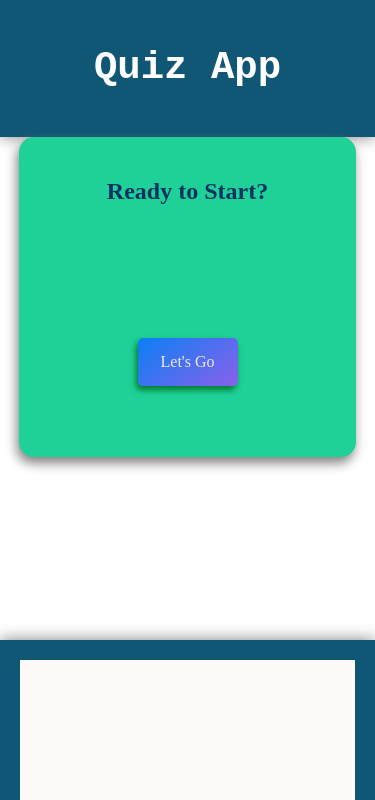
Repository: tpic12/quiz_app
Page: index.html
The author's editor kept a copy of each file at every save. The page is drawn from the files as they stood at one save, then again after the next save.
The browser window is 375 px wide. The pictures show the whole page.

Above is the page before, as saved 2019-12-28 15:29:36.

### index.html
<!DOCTYPE html>
<html lang="en">

<head>
  <meta charset="UTF-8">
  <meta name="viewport" content="width=device-width, initial-scale=1.0">
  <meta http-equiv="X-UA-Compatible" content="ie=edge">
  <title>Quiz App</title>
  <link href="https://cdnjs.cloudflare.com/ajax/libs/normalize/8.0.1/normalize.min.css" rel="stylesheet"
    type="text/css" />
  <link href="app.css" rel="stylesheet" type="text/css" />
</head>

<body>
  <header>
    <section class='banner'>
      <h1>Quiz App</h1>
    </section>
  </header>
  <main class='display'>

  </main>
  <footer>
    <section class='counts'>
        <div class='count 0'></div>
        <div class='count 1'></div>
        <div class='count 2'></div>
        <div class='count 3'></div>
        <div class='count 4'></div>
        <div class='count 5'></div>
        <div class='count 6'></div>
        <div class='count 7'></div>
    </section>
  </footer>
  <script src="https://code.jquery.com/jquery-3.4.1.slim.js" crossorigin="anonymous"></script>
  <script src="app.js"></script>
</body>

</html>

### app.css
/* Your styles should be mobile-first and responsive */

/**
  * If you are unclear on how to utilize a mobile-first, responsive technique to write your CSS, here is an example:
  *
  * https://github.com/andreacardybailey/responsive_example/blob/master/styles/responsive-base.css
  *
*/
* {
  box-sizing: border-box;
  margin: 0 auto;
}

.banner h1 {
  font-family: monospace;
  font-size: 3em;
}

.banner,
footer {
  color: white;
  font-family: monospace;
  padding: 20px;
  width: 100%;
  text-align: center;
  background-color: hsl(198, 76%, 26%);
  box-shadow: 0px 0px 15px grey;
  border-bottom: none;
  left: 0;
}

.main_card {
  display: flex;
  min-width: 40vw;
  min-height: 40vh;
  text-align: center;
  justify-content: center;
  align-content: space-around;
  background-color: hsl(161, 74%, 47%);
  border-radius: 15px;
  padding: 20px;
  border: none;
  box-shadow: -2px 6px 12px grey;
}

button {
  margin: 30%;
  margin-bottom: 10%;
  color: hsl(0, 7%, 92%);
  background: linear-gradient(140deg, hsl(210, 91%, 50%), hsl(258, 78%, 65%));
  border: none;
  max-width: 130px;
  min-width: 100px;
  border-radius: 5px;
  padding: 15px;
  box-shadow: -2px 4px 6px hsl(142, 98%, 24%);
}

.main_card > form#qForm {
  display: flex;
  flex-flow: row nowrap;
  justify-content: center;
  text-align: center;
}
/*
.mid-card {
  display: flex;
  flex-flow: column wrap;
  margin: auto;
  margin-top: 100px;
  max-width: 400px;
  min-width: 200px;
  text-align: center;
  align-items: center;
  background-color: hsl(161, 74%, 47%);
  border-radius: 15px;
  padding: 20px;
  border: none;
  box-shadow: -2px 6px 12px grey;
}
*/
.main_card > h2 {
  justify-self: center;
  font-weight: bolder;
  color: hsl(210, 90%, 20%);
}

input {
  margin: 5px 20px;
}

footer {
  position: fixed;
  bottom: 0;
  left: 0;
  max-height: 20vh;
}

.counts {
  display: flex;
  justify-content: space-evenly;
}

.count {
  border: 2px outset hsl(186, 63%, 55%);
  font-family: 'Gill Sans', 'Gill Sans MT', Calibri, 'Trebuchet MS', sans-serif;
  border-radius: 20%;
  flex-direction: row;
  width: 12vw;
  height: 12vh;
  background-color: hsl(0, 100%, 99%);
  padding: 15px;
  -webkit-border-radius: 20%;
  -moz-border-radius: 20%;
  -ms-border-radius: 20%;
  -o-border-radius: 20%;
}

h1 {
  font-family: sans-serif;
}

.green {
  background-color: green !important;
}

.red {
  background-color: red !important;
}

#snackbar > p {
  visibility: hidden;
  min-width: 15vw;

  color: #fff;
  text-align: center;
  align-content: flex-start;
  padding: 5px;
  position: absolute;
  z-index: 1;
  left: ;
  top: -30px;
}

#snackbar.show {
  visibility: visible;
  /-webkit-animation: fadein 0.5s, fadeout 0.5s 2.5s;
  animation: fadein 0.5s, fadeout 0.5s 2.5s;
}

@media screen and (max-width: 450px) {
  .main_card {
    flex-flow: row wrap;
    max-width: 90vw;
  }

  #qForm {
    font-size: 0.8em;
    flex-flow: column wrap !important;
  }

  #qForm > input {
    display: inline-block !important;
  }

  #qForm > label {
    display: inline-block !important;
  }
  footer {
    height: 40vh;
    overflow: scroll;
  }
  .counts {
    flex-direction: column;
  }

  .count {
    width: 100%;
    height: 25px;
    border: none;
    border-radius: 0;
    -webkit-border-radius: 0;
    -moz-border-radius: 0;
    -ms-border-radius: 0;
    -o-border-radius: 0;
  }
}

### app.js
/**
 * Example store structure
 */
'use strict';

const STORE = {
  // 5 or more questions are required
  questions: [
    {
      question: 'How many items in a bakers dozen??',
      answers: ['11', '12', '13', '3'],
      correctAnswer: '13'
    },
    {
      question: 'What month is Oktoberfest held?',
      answers: ['September', 'October', 'Every Month', 'August'],
      correctAnswer: 'September'
    },
    {
      question: 'What color is an Orange Blossom?',
      answers: ['Red', 'Orange', 'Pink', 'White'],
      correctAnswer: 'White'
    },
    {
      question: 'Where did the Panama Hat originate?',
      answers: ['Ecuador', 'Panama', 'China', 'Cuba'],
      correctAnswer: 'Ecuador'
    },
    {
      question: 'What are toy marbles made from?',
      answers: ['Plastic', 'Quartz', 'Diamond', 'Glass'],
      correctAnswer: 'Glass'
    },
    {
      question: 'How many gallons are in a ten-gallon hat?',
      answers: [
        'Half a Gallon',
        'Ten-Gallons',
        'Three-Fourths of a Gallon',
        'Give-Gallon'
      ],
      correctAnswer: 'Three-Fourths of a Gallon'
    },
    {
      question: 'What is the biggest animal to ever live?',
      answers: ['Mammoth', 'T-Rex', 'Blue Whale', 'Brontosaurus'],
      correctAnswer: 'Blue Whale'
    },
    {
      question: 'Where is the red-bellied woodpecker predominately red?',
      answers: ['Head', 'Wings', 'Feet', 'Belly'],
      correctAnswer: 'Head'
    }
  ],
  questionNumber: 0,
  score: 0,
  quizStart: false
};

/**
 *
 * Your app should include a render() function, that regenerates
 * the view each time the store is updated. See your course
 * material, consult your instructor, and reference the slides
 * for more details.
 *
 * NO additional HTML elements should be added to the index.html file.
 *
 * You may add attributes (classes, ids, etc) to the existing HTML elements, or link stylesheets or additional scripts if necessary
 *
 */

/**
 * This function renders the quiz after you start, ...
 * answer a question, or restart the quiz
 */
function renderStartQuiz() {
  const mainCard = `<section class="main_card">
      <h2>Ready to Start?</h2>
      <button type='submit' id='start_quiz'>Let's Go</button>
    </section>`;

  $('.display').html(mainCard);

  $('.display').on('click', '#start_quiz', function(event) {
    event.preventDefault();
    STORE.quizStart = true;
    $('.main_card')
      .children()
      .remove();
    handleQuiz();
  });
}
/**
 * renders question one at a time depending on question number
 */
function renderQuestion() {
  if (
    STORE.questionNumber === STORE.questions.length &&
    STORE.questionNumber > 1
  ) {
    renderResults();
  } else {
    const qCard = `<h2>${STORE.questions[STORE.questionNumber].question}</h2>
    <form id="qForm">
<div>
        <input type='radio' name='answer' id='q1' value="${
          STORE.questions[STORE.questionNumber].answers[0]
        }"/><label for='q1' id='0'>${
      STORE.questions[STORE.questionNumber].answers[0]
    }</label>
</div>
<div>
        <input type='radio' name='answer' id='q2' value="${
          STORE.questions[STORE.questionNumber].answers[1]
        }"/><label for='q2' id='1'>${
      STORE.questions[STORE.questionNumber].answers[1]
    }</label></div>

    <br><div>
        <input type='radio' name='answer' id='q3' value="${
          STORE.questions[STORE.questionNumber].answers[2]
        }"/><label for='q3' id='2'>${
      STORE.questions[STORE.questionNumber].answers[2]
    }</label>
</div><div>
        <input type='radio' name='answer' id='q4' value="${
          STORE.questions[STORE.questionNumber].answers[3]
        }"/><label for='q4' id='3'>${
      STORE.questions[STORE.questionNumber].answers[3]
    }</label></div><br>
    <form>
    <button type='submit' id='submit_answer'>Final Answer</button>`;

    $('.main_card').html(qCard);
    $('input:checked').on('su');
    $('.main_card').on('click', '#submit_answer', function(event) {
      event.preventDefault();
      checkAnswer();
      //original next question spot

      $('.main_card')
        .children()
        .remove();

      handleQuiz();
    });
  }
}
/**
 * renders results page

 */

function generateResults(finalScore, numberOfQuestions) {
  return `<h2>You scored ${finalScore} out of ${numberOfQuestions}!</h2><button id='restart'>Restart Quiz</button>`;
}

/* Render results element with button that restarts the quiz*/
function renderResults() {
  let score = STORE.score;
  let num = STORE.questionNumber;

  $('.main_card').html(generateResults(score, num));
  $('#restart').click(function(event) {
    event.preventDefault();
    console.log('Restarting Quiz');

    STORE.questionNumber = 0;
    STORE.score = 0;
    $('.count')
      .removeClass('snackbar')
      .removeClass('red')
      .removeClass('green')
      .removeClass('show')
      .text('');
    renderStartQuiz();
  });
}

/**
 * this function checks the correctnes of the answer
 */
function checkAnswer() {
  let form = document.getElementById('qForm');
  let ans = form['answer'];
  for (let i = 0; i < ans.length; i++) {
    //is a button checked
    if (ans[i].checked) {
      //compare value of ans[i] to correct answer
      if (
        ans[i].value === STORE.questions[STORE.questionNumber].correctAnswer
      ) {
        scoreKeeper(true);
      } else {
        scoreKeeper(false);
      }
    }
  }
}

function generateAnswerSnackbar(questionAnswer) {
  return `<div class=.${STORE.questionNumber}>
              <p>Sorry, the correct answer is ${questionAnswer}</p>
          </div>`;
}

function scoreKeeper(bool) {
  if (bool === true) {
    console.log('plus 1 point');
    STORE.score++;
    $(`.${STORE.questionNumber}`)
      .addClass('green')
      .addClass('snackbar')
      .html(`<p>Correct!</p>`);
    $('section.main_card');
    console.log('next q!');
    STORE.questionNumber++;
  }
  if (bool === false) {
    console.log('no points for you');
    $(`.${STORE.questionNumber}`)
      .addClass('red')
      .addClass('snackbar')
      .html(
        generateAnswerSnackbar(
          STORE.questions[STORE.questionNumber].correctAnswer
        )
      );
    console.log('next q!');
    STORE.questionNumber++;
  }
}

function handleQuiz() {
  if (STORE.quizStart === false) {
    renderStartQuiz();
  } else {
    renderQuestion();
  }
}

$(handleQuiz);

After the next save:
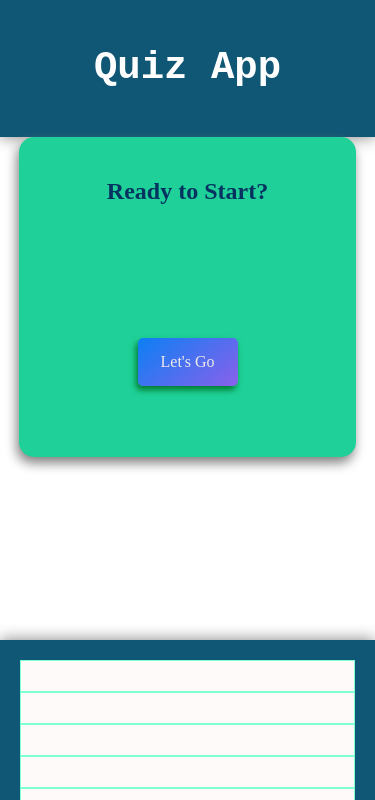
Saved 69 s later.
--- a/app.css
+++ b/app.css
@@ -177,7 +177,7 @@ h1 {
   .count {
     width: 100%;
     height: 25px;
-    border: none;
+    border: 1px solid aquamarine;
     border-radius: 0;
     -webkit-border-radius: 0;
     -moz-border-radius: 0;
